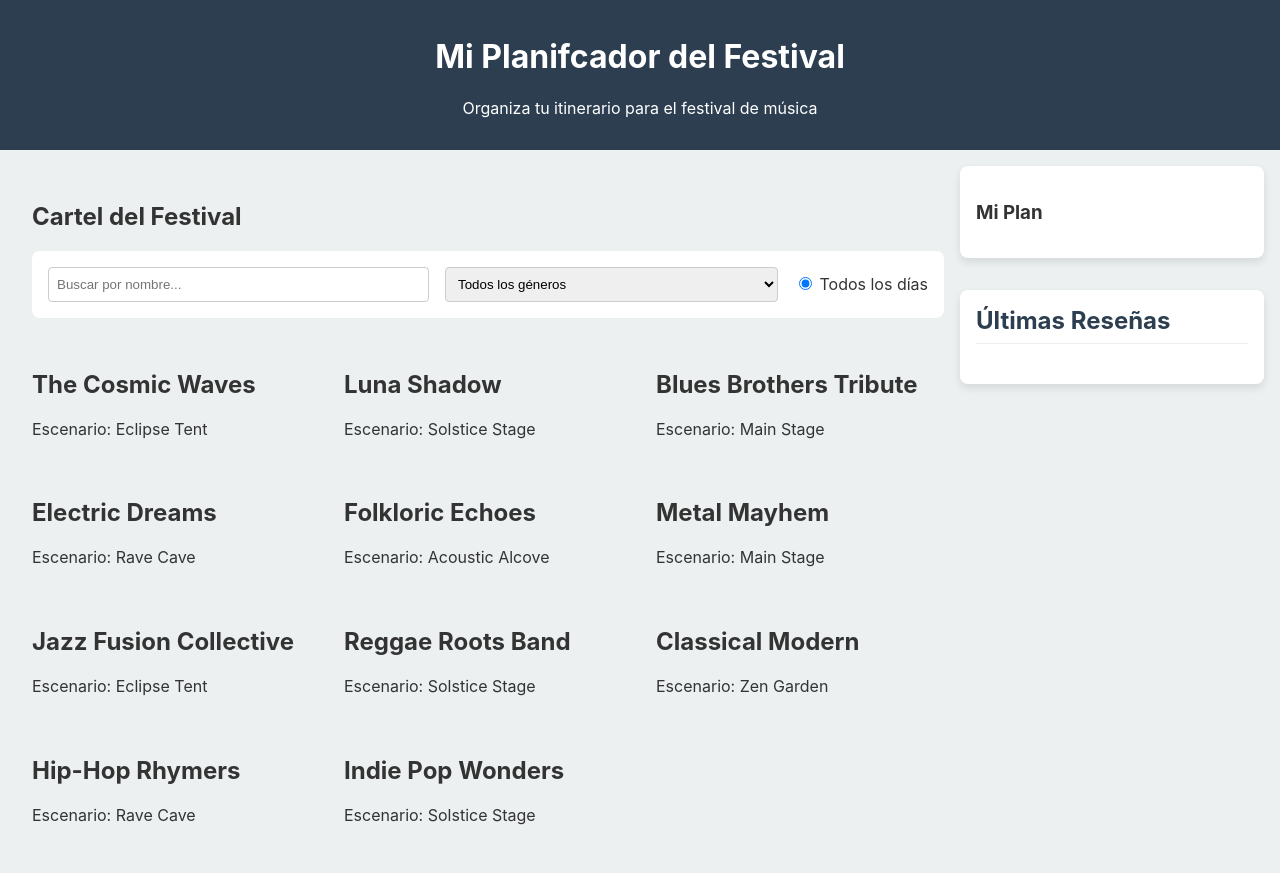
Repository: covaa15/DWEC
Page: Examen12_12_2025/index.html
An editor plug-in stored every save of this project. The page is shown before and after the next save, followed by the edit.
The browser window is 1280 px wide. The pictures show the whole page.

Above is the page before, as saved 2025-12-12 11:54:31.

### Examen12_12_2025/index.html
<!DOCTYPE html>
<html lang="es">
<head>
    <meta charset="UTF-8">
    <meta name="viewport" content="width=device-width, initial-scale=1.0">
    <title>Festival</title>
    <link rel="stylesheet" href="css/style.css">
</head>
<body>
    <!-- Encabezado principal de la aplicación -->
    <header>
        <h1>Mi Planifcador del Festival</h1>
        <p>Organiza tu itinerario para el festival de música</p>
    </header>

    <!-- Contenedor principal de la aplicación: organiza el dashboard y la columna derecha -->
    <div class="container">
        <!-- Sección principal del dashboard: muestra el cartel del festival y los filtros -->
        <main id="dashboard">
            <h2>Cartel del Festival</h2>
            <!-- Formulario de filtros para buscar y categorizar artistas -->
            <form id="filter-form">
                <input type="text" id="search-name" placeholder="Buscar por nombre...">
                <select id="filter-genre">
                    <option value="">Todos los géneros</option>
                    <!-- Las opciones de género se cargarán aquí dinámicamente mediante JavaScript -->
                </select>
                <div id="filter-day" class="radio-group">
                    <label><input type="radio" name="day" value="" checked> Todos los días</label>
                    <!-- Las opciones de día se cargarán aquí dinámicamente mediante JavaScript -->
                </div>
            </form>
            <!-- Contenedor donde se mostrarán las tarjetas de los artistas filtrados -->
            <div id="artist-list" class="grid-container">
                <!-- Las tarjetas de artistas se insertarán aquí por JavaScript -->
            </div>
        </main>

        <!-- Columna lateral derecha: contiene el plan del usuario y las reseñas -->
        <div class="right-column">
            <!-- Sección para el plan personalizado del usuario -->
            <aside id="my-plan-container">
                <h3>Mi Plan</h3>
                <!-- Lista donde se añadirán las actuaciones seleccionadas por el usuario -->
                <ul id="plan-list">
                    <!-- Las actuaciones añadidas aparecerán aquí por JavaScript -->
                </ul>
            </aside>
            <!-- Sección para mostrar las reseñas de los artistas -->
            <section id="reviews-section">
                <h2>Últimas Reseñas</h2>
                <!-- Contenedor donde se mostrarán las tarjetas de las reseñas -->
                <div id="reviews-list">
                    <!-- Las reseñas se insertarán aquí por JavaScript -->
                </div>
            </section>
        </div>
    </div>

    <!-- Modal para el formulario de reseña (inicialmente oculto) -->
    <div id="review-modal" class="modal-overlay" style="display: none;">
        <div class="modal-content">
            <button class="close-modal">&times;</button>
            <h3 id="modal-artist-name">Dejar reseña para...</h3>
            <!-- Formulario de reseña del artista. La validación se realiza en el cliente. -->
            <form id="review-form" novalidate>
                <div class="form-group">
                    <label>Calificación:</label>
                    <div class="star-rating">
                        <!-- Campos de radio para la calificación por estrellas (5 a 1) -->
                        <input type="radio" id="star5" name="rating" value="5" required><label for="star5" title="5 stars">★</label>
                        <input type="radio" id="star4" name="rating" value="4"><label for="star4" title="4 stars">★</label>
                        <input type="radio" id="star3" name="rating" value="3"><label for="star3" title="3 stars">★</label>
                        <input type="radio" id="star2" name="rating" value="2"><label for="star2" title="2 stars">★</label>
                        <input type="radio" id="star1" name="rating" value="1"><label for="star1" title="1 star">★</label>
                    </div>
                    <span class="error-message"></span>
                </div>
                <div class="form-group">
                    <label for="comment">Comentario:</label>
                    <textarea id="comment" name="comment" rows="4" minlength="15" required></textarea>
                    <span class="error-message"></span>
                </div>
                <div class="form-group">
                    <label for="email">Email:</label>
                    <input type="email" id="email" name="email" required>
                    <span class="error-message"></span>
                </div>
                <button type="submit">Enviar Reseña</button>
            </form>
        </div>
    </div>


    <!-- Mensaje de éxito temporal para confirmaciones de usuario (inicialmente oculto) -->
    <div id="success-message" class="success-message" style="display: none;"></div>

    <!-- Enlace al archivo JavaScript principal de la aplicación.
         El atributo 'type="module"' permite usar importaciones y exportaciones de módulos. -->
    <script src="js/main.js" type="module"></script>
</body>
</html>

### Examen12_12_2025/css/style.css
/* --- GENERALES Y LAYOUT --- */
/* Este bloque define variables globales (--variable) para la paleta de colores y estilos reutilizables.
   También establece los estilos base para la página, como la fuente y la maquetación principal de dos columnas usando Flexbox. */
:root {
    --primary-color: #2c3e50;
    --secondary-color: #3498db;
    --background-color: #ecf0f1;
    --card-bg-color: #ffffff;
    --text-color: #333;
    --error-color: #e74c3c;
    --success-color: #2ecc71;
    --star-color: #f1c40f;
    --border-radius: 8px;
    --box-shadow: 0 4px 8px rgba(0, 0, 0, 0.1);
}

body {
    font-family: -apple-system, BlinkMacSystemFont, "Segoe UI", Roboto, Helvetica, Arial, sans-serif;
    margin: 0;
    background-color: var(--background-color);
    color: var(--text-color);
}

header {
    background-color: var(--primary-color);
    color: white;
    padding: 1rem 2rem;
    text-align: center;
}

.container {
    display: flex;
    flex-wrap: wrap;
    padding: 1rem;
}

main#dashboard {
    flex: 3;
    min-width: 300px;
    padding: 1rem;
}

.right-column {
    flex: 1;
    min-width: 300px;
    display: flex;
    flex-direction: column;
    gap: 2rem;
}

aside#my-plan-container {
    background-color: var(--card-bg-color);
    padding: 1rem;
    border-radius: var(--border-radius);
    box-shadow: var(--box-shadow);
}

/* --- FORMULARIO DE FILTROS --- */
/* Estilos para el formulario que permite al usuario buscar y filtrar artistas. */
#filter-form {
    display: flex;
    flex-wrap: wrap;
    gap: 1rem;
    margin-bottom: 2rem;
    background-color: var(--card-bg-color);
    padding: 1rem;
    border-radius: var(--border-radius);
}

#filter-form input[type="text"],
#filter-form select {
    padding: 0.5rem;
    border: 1px solid #ccc;
    border-radius: 4px;
    flex-grow: 1;
}

.radio-group {
    display: flex;
    gap: 1rem;
    align-items: center;
}

/* --- TARJETAS DE ARTISTAS --- */
/* Define el layout de parrilla para las tarjetas de artistas y el estilo de cada tarjeta individual,
   incluyendo efectos visuales como sombras y animaciones al pasar el ratón. */
.grid-container {
    display: grid;
    grid-template-columns: repeat(auto-fill, minmax(220px, 1fr));
    gap: 1.5rem;
}

.artist-card {
    background: var(--card-bg-color);
    border-radius: var(--border-radius);
    box-shadow: var(--box-shadow);
    padding: 1rem;
    transition: transform 0.2s, box-shadow 0.2s;
    display: flex;
    flex-direction: column;
}

.artist-card:hover {
    transform: translateY(-5px);
    box-shadow: 0 8px 16px rgba(0, 0, 0, 0.15);
}

.artist-card h3 {
    margin-top: 0;
    color: var(--primary-color);
}

.artist-card p {
    font-size: 0.9rem;
    color: #7f8c8d;
    margin: 0.5rem 0;
}

.card-schedule-info {
    font-size: 0.85rem;
    color: #34495e;
    background-color: #f8f9f9;
    padding: 0.5rem;
    border-radius: 4px;
    margin: 1rem 0;
    border-left: 3px solid var(--secondary-color);
}

.card-schedule-info span {
    display: block;
}

.card-schedule-info span:first-child {
    font-weight: bold;
}

.artist-card button {
    background-color: var(--secondary-color);
    color: white;
    border: none;
    padding: 0.6rem 1rem;
    border-radius: 4px;
    cursor: pointer;
    width: 100%;
    margin-top: auto; /* Empuja el botón al final */
    transition: background-color 0.2s;
}

.artist-card button:hover {
    background-color: #2980b9;
}

/* --- SECCIÓN "MI PLAN" --- */
/* Estilos para la lista de actuaciones que el usuario ha seleccionado.
   Incluye el estilo de cada elemento de la lista y sus botones de acción (Eliminar, Dejar reseña). */
#plan-list {
    list-style-type: none;
    padding: 0;
    margin: 0;
}

#plan-list li {
    background-color: #f9f9f9;
    padding: 0.8rem;
    margin-bottom: 0.8rem;
    border-radius: 4px;
    border-left: 5px solid var(--secondary-color);
    position: relative;
}

#plan-list .plan-item-info strong {
    display: block;
    color: var(--primary-color);
}

#plan-list .plan-item-info span {
    font-size: 0.85rem;
    color: #7f8c8d;
}

#plan-list .plan-item-actions {
    margin-top: 0.5rem;
    display: flex;
    gap: 0.5rem;
}

.plan-item-actions button {
    font-size: 0.75rem;
    padding: 0.3rem 0.6rem;
    border-radius: 3px;
    cursor: pointer;
    border: 1px solid;
}

.btn-delete {
    border-color: var(--error-color);
    color: var(--error-color);
    background: transparent;
}
.btn-review {
    border-color: var(--secondary-color);
    color: var(--secondary-color);
    background: transparent;
}
.btn-review:disabled {
    border-color: #ccc;
    color: #ccc;
    cursor: not-allowed;
}


/* --- MODAL --- */
/* Estilos para la ventana modal que aparece superpuesta.
   Define la capa de fondo oscura y el contenedor del contenido del modal. */
.modal-overlay {
    position: fixed;
    top: 0;
    left: 0;
    width: 100%;
    height: 100%;
    background-color: rgba(0, 0, 0, 0.6);
    display: flex;
    justify-content: center;
    align-items: center;
    z-index: 1000;
}

.modal-content {
    background: white;
    padding: 2rem;
    border-radius: var(--border-radius);
    width: 90%;
    max-width: 500px;
    position: relative;
}

.close-modal {
    position: absolute;
    top: 1rem;
    right: 1rem;
    background: none;
    border: none;
    font-size: 1.5rem;
    cursor: pointer;
}

/* --- FORMULARIO DE RESEÑA --- */
/* Define los estilos para el formulario dentro del modal, incluyendo los campos de entrada,
   los mensajes de error de validación y el sistema de calificación por estrellas. */
#review-form .form-group {
    margin-bottom: 1rem;
}

#review-form label {
    display: block;
    margin-bottom: 0.3rem;
}

#review-form input,
#review-form textarea {
    width: 100%;
    padding: 0.5rem;
    border: 1px solid #ccc;
    border-radius: 4px;
    box-sizing: border-box;
}

#review-form button {
    background-color: var(--success-color);
    color: white;
    padding: 0.7rem 1.5rem;
    border: none;
    border-radius: 4px;
    cursor: pointer;
}
.error-message {
    color: var(--error-color);
    font-size: 0.8rem;
    height: 1rem;
    display: block;
}
input:invalid, textarea:invalid {
    border-color: var(--error-color);
}

/* Star Rating: Implementación de calificación por estrellas con inputs de radio y CSS. */
.star-rating {
    display: flex;
    flex-direction: row-reverse;
    justify-content: flex-end;
}

.star-rating input[type="radio"] {
    display: none;
}

.star-rating label {
    color: #ccc;
    cursor: pointer;
    font-size: 2rem;
    margin: 0;
}

.star-rating input[type="radio"]:checked ~ label,
.star-rating label:hover,
.star-rating label:hover ~ label {
    color: var(--star-color);
}

/* --- MENSAJE DE ÉXITO --- */
/* Estilos para la notificación flotante que aparece tras enviar una reseña. */
.success-message {
    position: fixed;
    bottom: 20px;
    left: 50%;
    transform: translateX(-50%);
    background-color: var(--success-color);
    color: white;
    padding: 1rem 2rem;
    border-radius: var(--border-radius);
    z-index: 1001;
    box-shadow: var(--box-shadow);
}


/* --- SECCIÓN DE RESEÑAS --- */
/* Estilos para la sección que muestra las reseñas enviadas y el formato de cada tarjeta de reseña. */
#reviews-section {
    background-color: var(--card-bg-color);
    padding: 1rem;
    border-radius: var(--border-radius);
    box-shadow: var(--box-shadow);
}

#reviews-section h2 {
    text-align: left;
    margin-top: 0;
    margin-bottom: 1.5rem;
    padding-bottom: 0.5rem;
    border-bottom: 1px solid #eee;
    color: var(--primary-color);
}

#reviews-list {
    display: flex;
    flex-direction: column;
    gap: 1rem;
}

.review-card {
    background: #f9f9f9;
    border-radius: var(--border-radius);
    padding: 1rem;
    display: flex;
    flex-direction: column;
    border-left: 5px solid var(--secondary-color);
}

.review-card h4 {
    margin: 0 0 0.5rem 0;
    color: var(--primary-color);
}

.review-card-rating {
    color: var(--star-color);
    font-size: 1.2rem;
    margin-bottom: 1rem;
}

.review-card-comment {
    font-style: italic;
    color: #555;
    margin: 0;
}


/* --- RESPONSIVE --- */
/* Contiene las Media Queries para adaptar el diseño a diferentes tamaños de pantalla,
   como apilar las columnas en dispositivos móviles. */
@media (max-width: 992px) {
    .container {
        flex-direction: column;
    }
    .right-column {
        margin-top: 2rem;
        gap: 2rem;
    }
}

### Examen12_12_2025/js/main.js
// js/main.js
let artistas = [];
let horarios = [];
let escenarios = []
const contenedorArtistas = document.querySelector("#artist-list");
//Cargo los artistas
cargarEscenarios("./data/escenarios.json");
cargarHorarios("./data/horarios.json");
cargarArtistas("./data/artistas.json");



function cargarArtistas(ruta) {
    fetch(ruta)
        .then(res => res.json())
        .then(data => {
            artistas = data;
            mostrarArtistas(artistas);
        })
        .catch(error => console.log("Error al cargar productos:", error));

}
//Cargo los escenarios
function cargarEscenarios(ruta) {
    fetch(ruta)
        .then(res => res.json())
        .then(data => {
            escenarios = data;
            mostrarArtistas(artistas);
        })
        .catch(error => console.log("Error al cargar productos:", error));

}
//Cargo los horarios
function cargarHorarios(ruta) {
    fetch(ruta)
        .then(res => res.json())
        .then(data => {
            horarios = data;
            mostrarArtistas(artistas);
        })
        .catch(error => console.log("Error al cargar productos:", error));

}

function mostrarArtistas(artistas) {
    contenedorArtistas.innerHTML = "";
    artistas.forEach(artista => {
        const card = document.createElement('div');
        card.classList.add(".artist-card")
        let escenario=obtenerEscenario(artista.id);
        card.innerHTML = `
        <h2>${artista.nombre}</h2>
        <p>Escenario: ${escenario}</p>
       `
        contenedorArtistas.appendChild(card);
    });


}

function obtenerEscenario(idArtista) {
    let nombreEscenario;
    const idEscenario = obtenerHorario(idArtista);
    escenarios.forEach(escenario => {
        if (escenario.id === idEscenario)
            nombreEscenario= escenario.nombre;
    });
    return nombreEscenario;
}

function obtenerHorario(idArtista) {
    let artista;
    horarios.forEach(horario => {

        if (horario.artistaId === idArtista)
            artista=horario.escenarioId;

    });
    return artista ;
}

### Examen12_12_2025/data/escenarios.json
[
  {
    "id": "e1",
    "nombre": "Solstice Stage",
    "capacidad": 15000,
    "ubicacion": "Zona Norte"
  },
  {
    "id": "e2",
    "nombre": "Eclipse Tent",
    "capacidad": 5000,
    "ubicacion": "Zona Oeste"
  },
  {
    "id": "e3",
    "nombre": "Zen Garden",
    "capacidad": 3000,
    "ubicacion": "Zona Sur"
  },
  {
    "id": "e4",
    "nombre": "Rave Cave",
    "capacidad": 7000,
    "ubicacion": "Zona Este"
  },
  {
    "id": "e5",
    "nombre": "Acoustic Alcove",
    "capacidad": 1000,
    "ubicacion": "Centro"
  },
  {
    "id": "e6",
    "nombre": "Main Stage",
    "capacidad": 20000,
    "ubicacion": "Entrada Principal"
  },
  {
    "id": "e7",
    "nombre": "Chill Zone",
    "capacidad": 2000,
    "ubicacion": "Junto al Lago"
  },
  {
    "id": "e8",
    "nombre": "Groove Ground",
    "capacidad": 6000,
    "ubicacion": "Área de Comida"
  },
  {
    "id": "e9",
    "nombre": "Tech Temple",
    "capacidad": 4000,
    "ubicacion": "Bosque"
  },
  {
    "id": "e10",
    "nombre": "Vibe Village",
    "capacidad": 2500,
    "ubicacion": "Campamento"
  }
]

### Examen12_12_2025/data/horarios.json
[
  {
    "artistaId": "a1",
    "escenarioId": "e6",
    "dia": "2025-07-18",
    "horaInicio": "22:00",
    "duracion": 90
  },
  {
    "artistaId": "a3",
    "escenarioId": "e6",
    "dia": "2025-07-18",
    "horaInicio": "20:00",
    "duracion": 90
  },
  {
    "artistaId": "a2",
    "escenarioId": "e1",
    "dia": "2025-07-18",
    "horaInicio": "19:00",
    "duracion": 60
  },
  {
    "artistaId": "a4",
    "escenarioId": "e4",
    "dia": "2025-07-18",
    "horaInicio": "23:00",
    "duracion": 75
  },
  {
    "artistaId": "a5",
    "escenarioId": "e5",
    "dia": "2025-07-19",
    "horaInicio": "18:00",
    "duracion": 60
  },
  {
    "artistaId": "a6",
    "escenarioId": "e6",
    "dia": "2025-07-19",
    "horaInicio": "23:00",
    "duracion": 120
  },
  {
    "artistaId": "a7",
    "escenarioId": "e2",
    "dia": "2025-07-19",
    "horaInicio": "20:00",
    "duracion": 90
  },
  {
    "artistaId": "a8",
    "escenarioId": "e1",
    "dia": "2025-07-19",
    "horaInicio": "19:00",
    "duracion": 75
  },
  {
    "artistaId": "a9",
    "escenarioId": "e3",
    "dia": "2025-07-20",
    "horaInicio": "17:00",
    "duracion": 60
  },
  {
    "artistaId": "a10",
    "escenarioId": "e4",
    "dia": "2025-07-20",
    "horaInicio": "21:00",
    "duracion": 90
  },
  {
    "artistaId": "a11",
    "escenarioId": "e1",
    "dia": "2025-07-20",
    "horaInicio": "18:00",
    "duracion": 75
  },
  {
    "artistaId": "a1",
    "escenarioId": "e2",
    "dia": "2025-07-20",
    "horaInicio": "22:30",
    "duracion": 90
  }
]

### Examen12_12_2025/data/artistas.json
[
  {
    "id": "a1",
    "nombre": "The Cosmic Waves",
    "genero": "Psychedelic Rock",
    "pais": "Reino Unido",
    "miembros": ["Alex", "Zoe", "Sam", "Leo"],
    "fansEstimados": 12000
  },
  {
    "id": "a2",
    "nombre": "Luna Shadow",
    "genero": "Synth-Pop",
    "pais": "Japón",
    "miembros": ["Yuki"],
    "fansEstimados": 8000
  },
  {
    "id": "a3",
    "nombre": "Blues Brothers Tribute",
    "genero": "Blues",
    "pais": "USA",
    "miembros": ["Jake", "Elwood"],
    "fansEstimados": 15000
  },
  {
    "id": "a4",
    "nombre": "Electric Dreams",
    "genero": "Electro-Funk",
    "pais": "Alemania",
    "miembros": ["DJ Spark", "BassBot"],
    "fansEstimados": 9500
  },
  {
    "id": "a5",
    "nombre": "Folkloric Echoes",
    "genero": "Folk",
    "pais": "Irlanda",
    "miembros": ["Fiona", "Liam", "Aoife"],
    "fansEstimados": 7000
  },
  {
    "id": "a6",
    "nombre": "Metal Mayhem",
    "genero": "Heavy Metal",
    "pais": "Suecia",
    "miembros": ["Thor", "Odin", "Loki"],
    "fansEstimados": 18000
  },
  {
    "id": "a7",
    "nombre": "Jazz Fusion Collective",
    "genero": "Jazz",
    "pais": "Francia",
    "miembros": ["Pierre", "Marie", "Louis"],
    "fansEstimados": 6000
  },
  {
    "id": "a8",
    "nombre": "Reggae Roots Band",
    "genero": "Reggae",
    "pais": "Jamaica",
    "miembros": ["Rasta Joe", "Mama Earth"],
    "fansEstimados": 11000
  },
  {
    "id": "a9",
    "nombre": "Classical Modern",
    "genero": "Classical",
    "pais": "Italia",
    "miembros": ["Maestro Carlo"],
    "fansEstimados": 4000
  },
  {
    "id": "a10",
    "nombre": "Hip-Hop Rhymers",
    "genero": "Hip-Hop",
    "pais": "USA",
    "miembros": ["MC Flow", "Beat Master"],
    "fansEstimados": 13000
  },
  {
    "id": "a11",
    "nombre": "Indie Pop Wonders",
    "genero": "Indie Pop",
    "pais": "Canada",
    "miembros": ["Chloe", "Finn"],
    "fansEstimados": 8500
  }
]

After the next save:
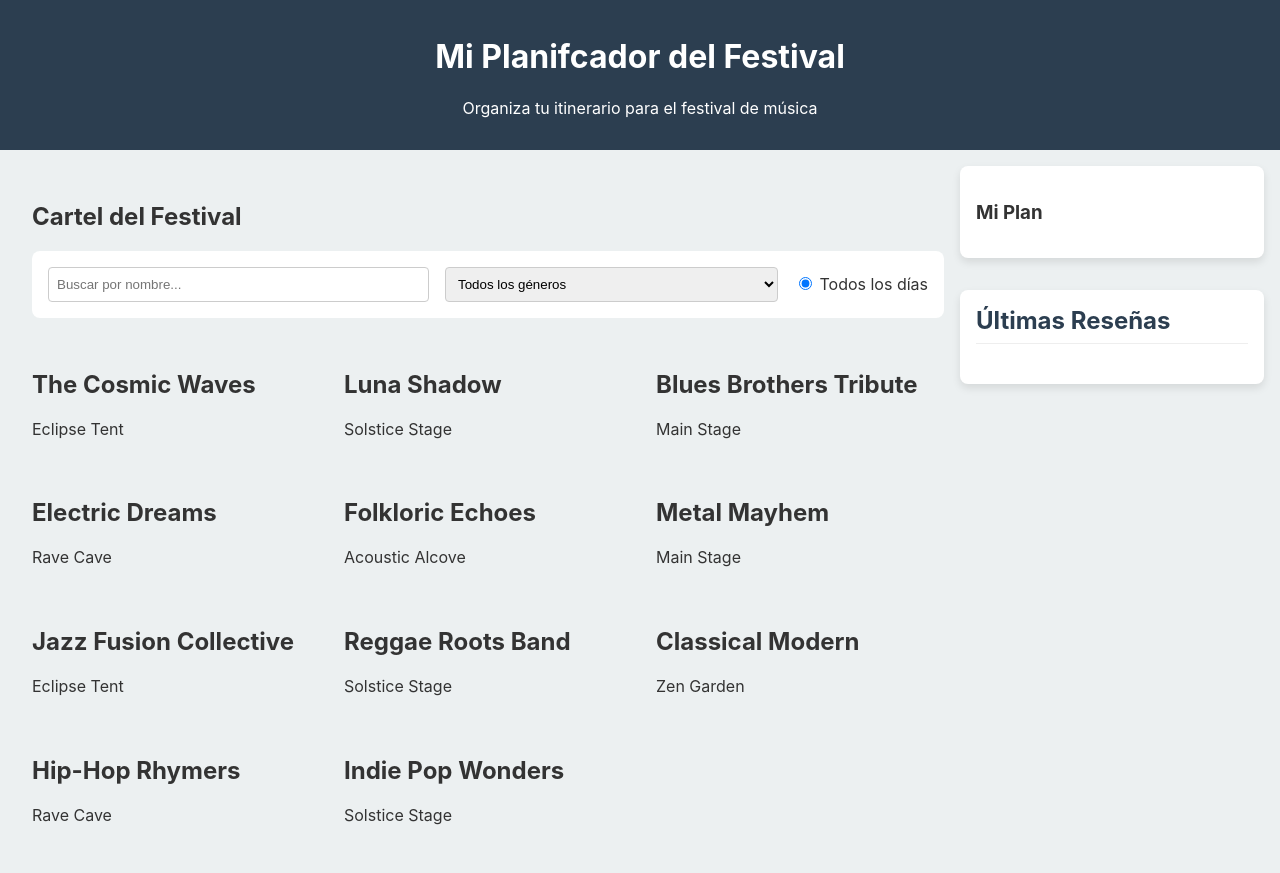
Saved 87 s later.
--- a/Examen12_12_2025/js/main.js
+++ b/Examen12_12_2025/js/main.js
@@ -51,7 +51,7 @@ function mostrarArtistas(artistas) {
         let escenario=obtenerEscenario(artista.id);
         card.innerHTML = `
         <h2>${artista.nombre}</h2>
-        <p>Escenario: ${escenario}</p>
+        <p> ${escenario}</p>
        `
         contenedorArtistas.appendChild(card);
     });
